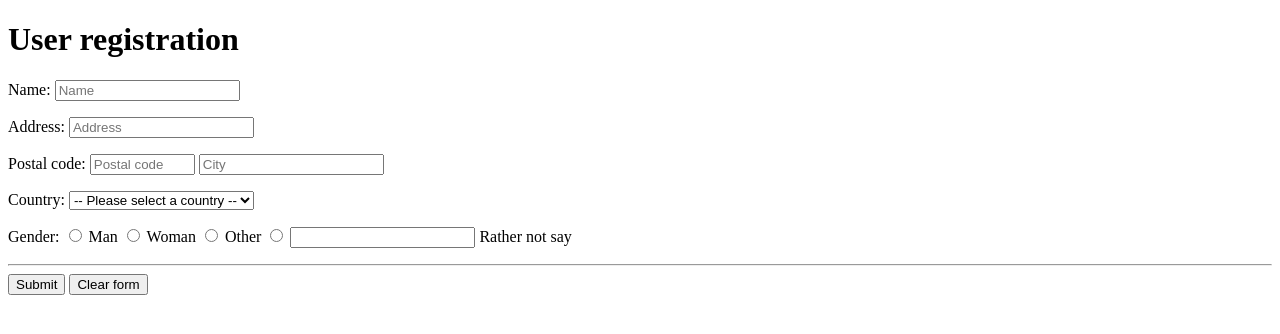
Repository: Filip-Husic/AW_frontend
Page: ex3Forms.html
An editor plug-in stored every save of this project. The page is shown before and after the next save, followed by the edit.
The browser window is 1280 px wide. The pictures show the whole page.

Above is the page before, as saved 2022-11-23 11:53:33.

After the next save:
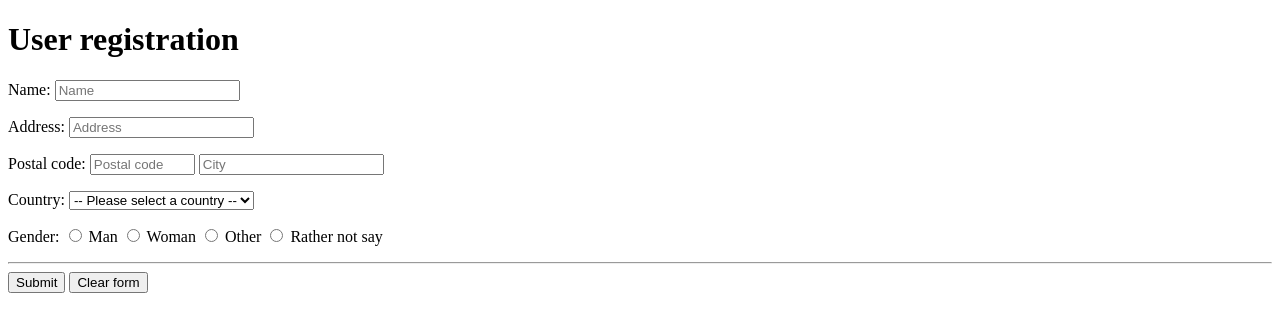
Saved 6 s later.
--- a/ex3Forms.html
+++ b/ex3Forms.html
@@ -43,7 +43,6 @@
             <input type="radio" name="gender" id="other">
             <label for="other">Other</label>
             <input type="radio" name="gender" id="none">
-            <input type="text" name="" id="">
             <label for="none">Rather not say</label>
         </p>
         <hr>
